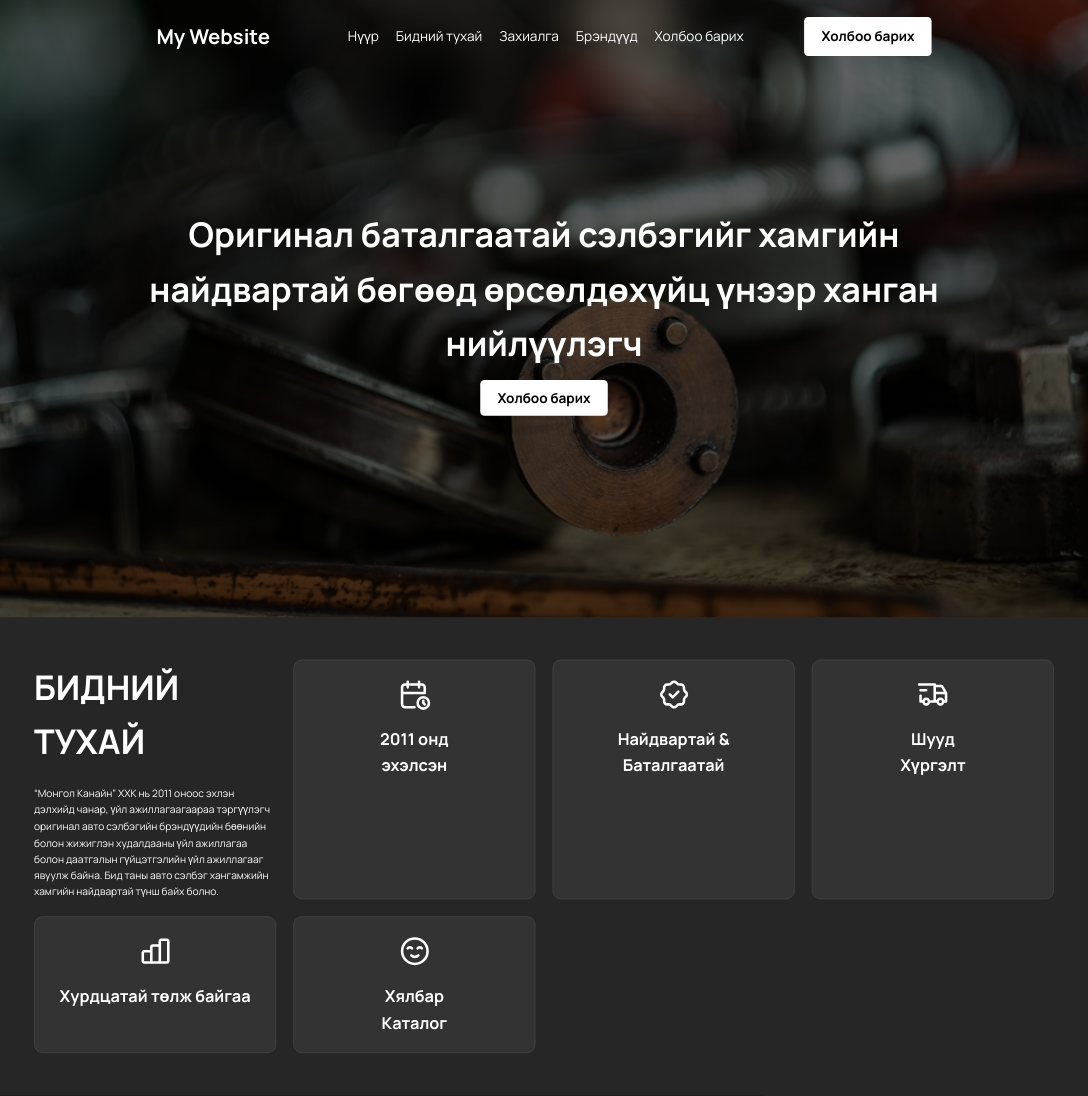
Repository: temuujinnn/mongol_kanain
Page: index.html
The author's editor kept a copy of each file at every save. The page is drawn from the files as they stood at one save, then again after the next save.
The browser window is 1280 px wide. The pictures show the whole page, at 85% of full size.

Above is the page before, as saved 2024-08-22 17:52:09.

After the next save:
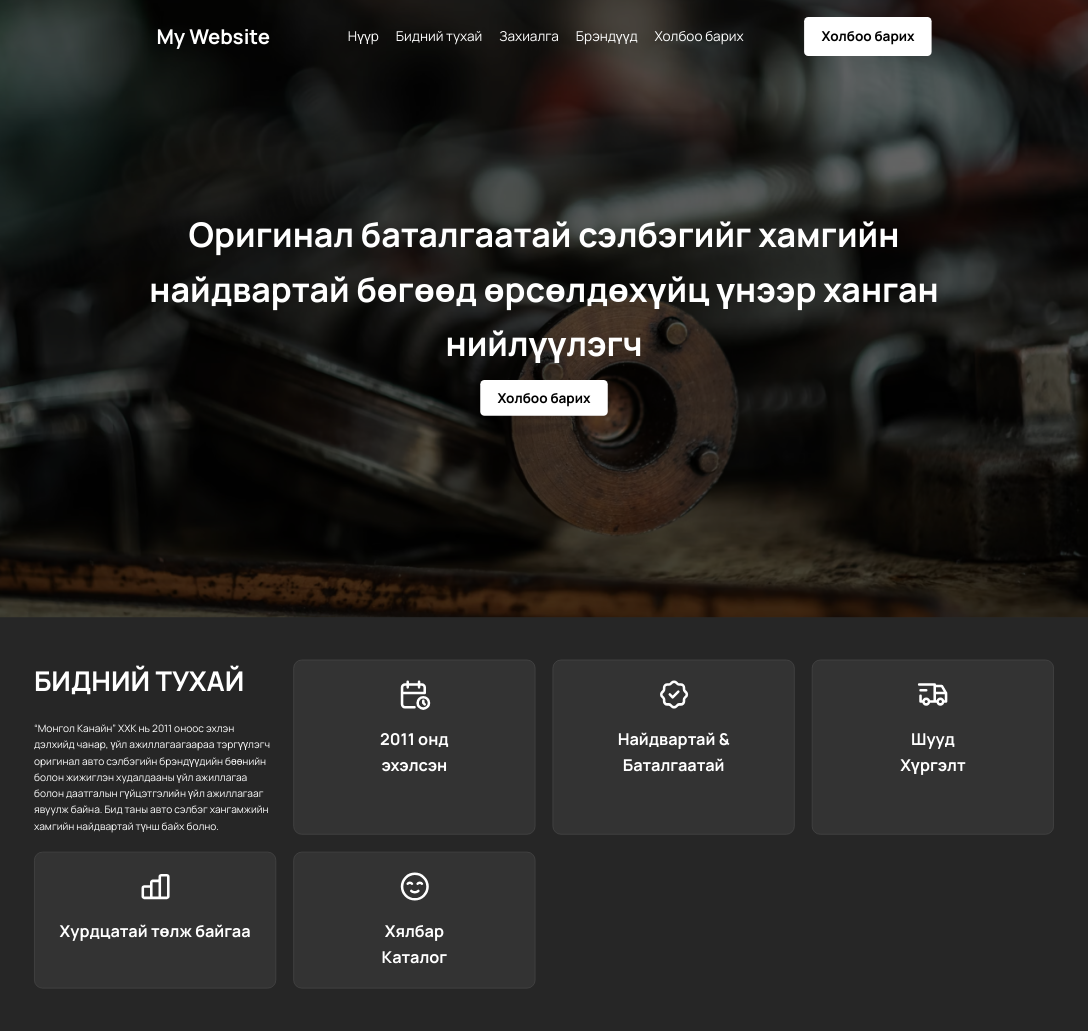
Saved 7 s later.
--- a/style.css
+++ b/style.css
@@ -129,7 +129,7 @@
 }
 
 #about h2 {
-    font-size: 40px;
+    font-size: 32px;
     margin-bottom: 20px;
     color: #fff;
     font-weight: 700;
